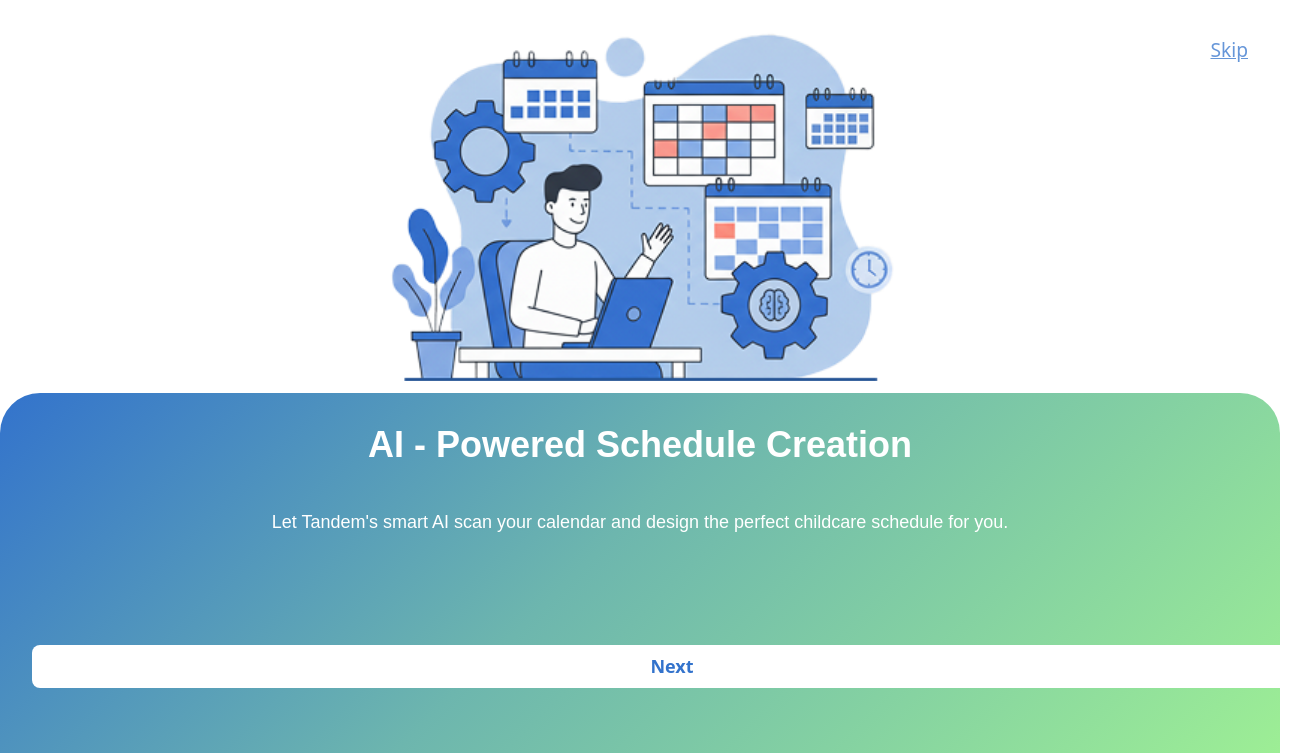
Repository: IDSP-TRADECARE/Tandem
Page: /boarding/features
The author's editor kept a copy of each file at every save. The page is drawn from the files as they stood at one save, then again after the next save.
The browser window is 1280 px wide. The page is 1312 px wide, so the pictures cover 1312 px, including what lies to the right of the window. The pictures show the whole page.
The page's requests for data from a server got no answer. Some web fonts or font styles are not loaded; a fallback is used. The project was rebuilt for these pictures with package versions that can differ from the ones it lists, and the page was loaded fresh each time. Some packages were replaced by stand-ins written for this rebuild. The framework's server and built-in components were replaced by stand-ins that run in the browser. No one was signed in, and anything a server would have sent is missing. Also part of the build but not shown: next.config.ts, src/app/components/auth/AuthGuard.tsx.

Above is the page before, as saved 2025-11-23 00:43:57.

After the next save:
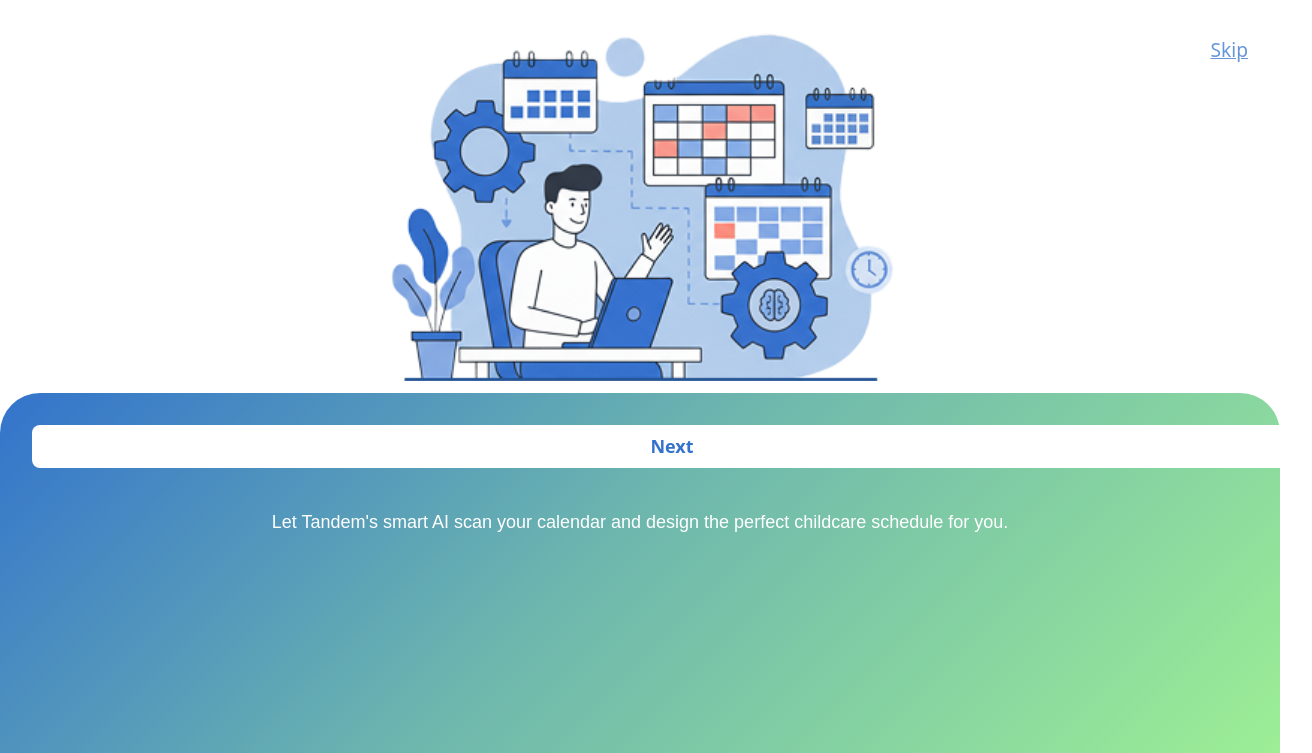
Saved 13 s later.
--- a/src/app/boarding/features/features.module.css
+++ b/src/app/boarding/features/features.module.css
@@ -109,8 +109,6 @@
     gap: 1rem;
     width: 100%;
     position: absolute;
-    bottom: 2rem;
-    margin: 0 auto;
 }
 
 .previousButton {

After the save that followed:
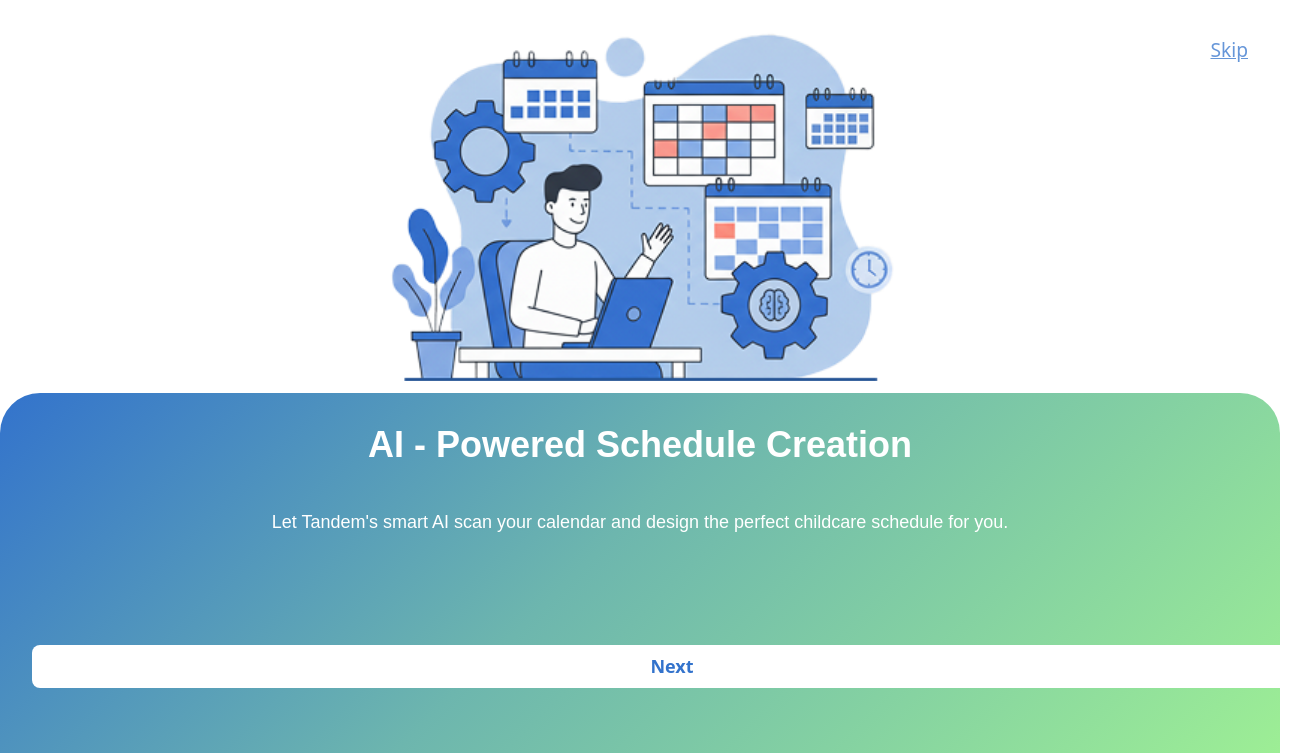
Saved 4 s later.
--- a/src/app/boarding/features/features.module.css
+++ b/src/app/boarding/features/features.module.css
@@ -109,6 +109,8 @@
     gap: 1rem;
     width: 100%;
     position: absolute;
+    bottom: 2rem;
+    margin: 0 auto;
 }
 
 .previousButton {
